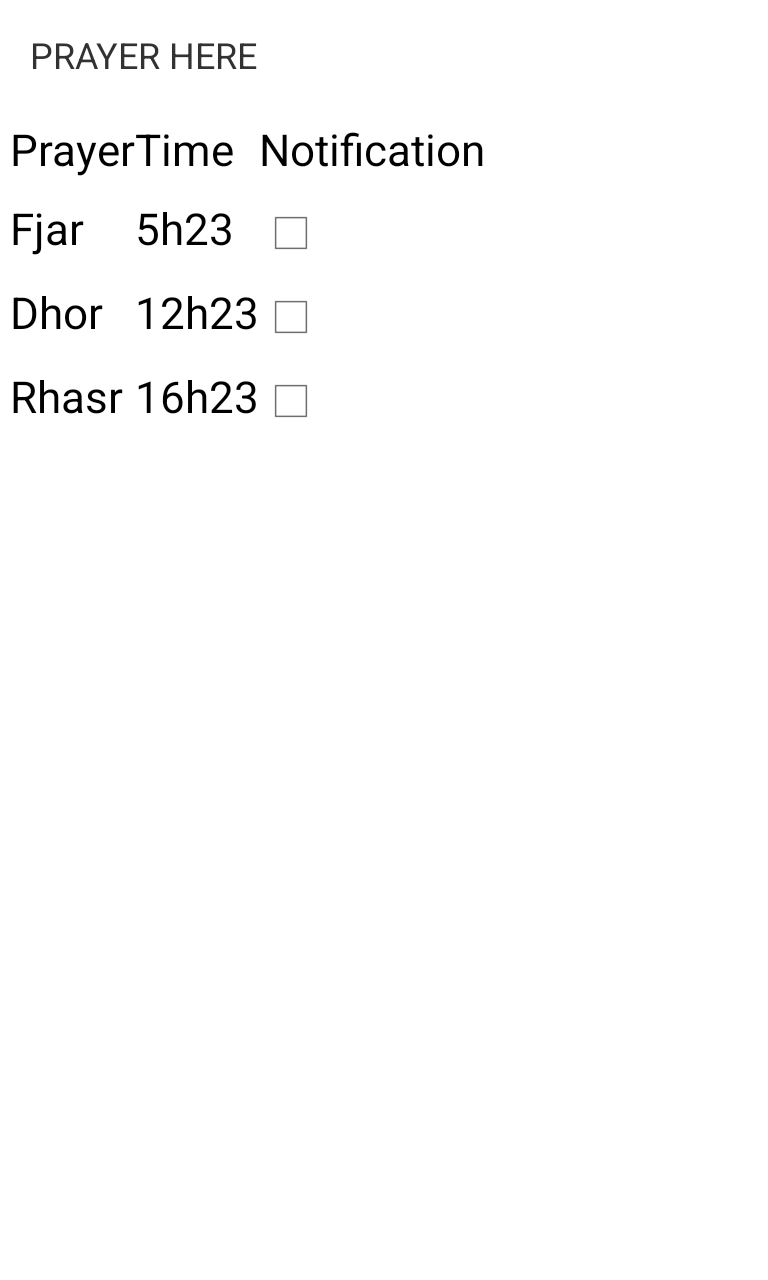
Repository: Osamah/Afstudeerwerk
Layout: NativeApp/SecondPillar/res/layout/activity_prayer.xml
The author's editor kept a copy of each file at every save. The layout is drawn from the files as they stood at one save, then again after the next save.
It is drawn on a 768 x 1280 px phone screen (xhdpi) without system bars, with theme AppTheme; the app's code is not run.

Above is the layout before, as saved 2012-12-27 22:55:27.

After the next save:
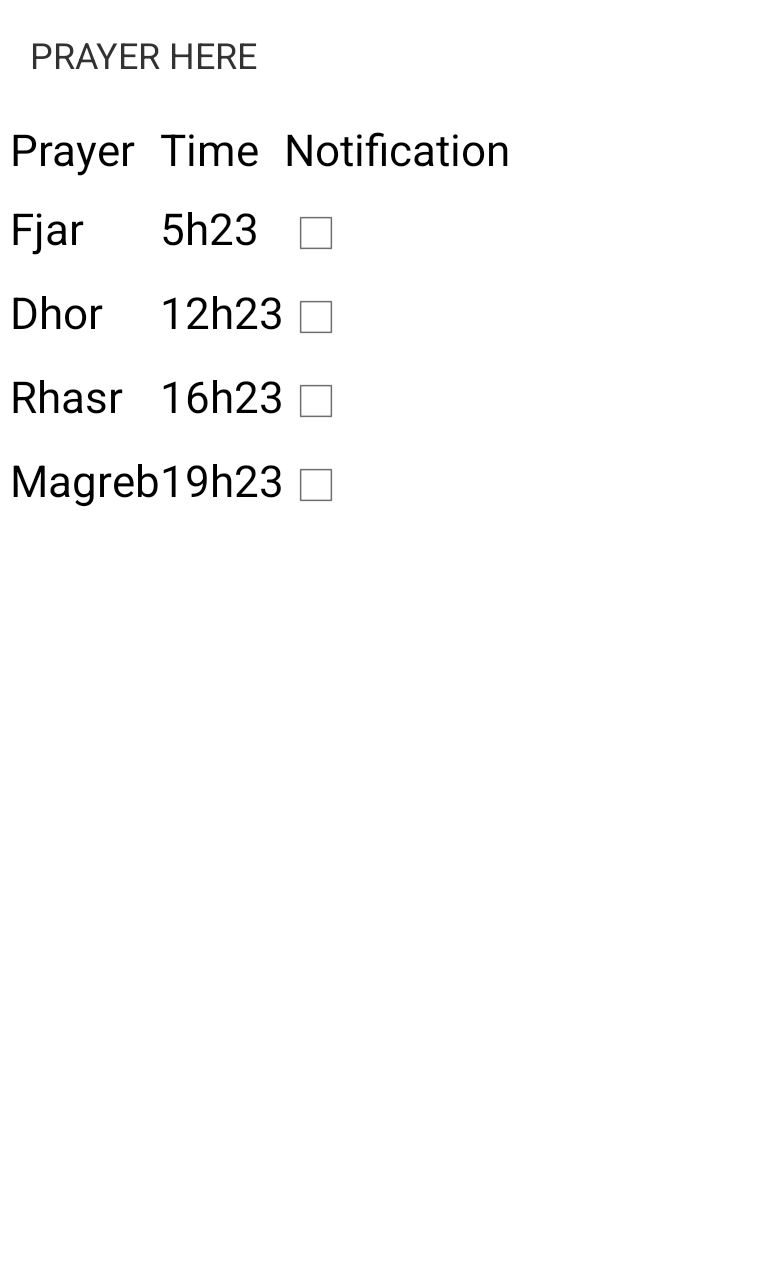
Saved 32 s later.
--- a/NativeApp/SecondPillar/res/layout/activity_prayer.xml
+++ b/NativeApp/SecondPillar/res/layout/activity_prayer.xml
@@ -109,6 +109,28 @@
         />
   	</TableRow>
 
+    <!-- PRAYER 4 -->
+    <TableRow
+        android:id="@+id/magrebRow"
+        android:layout_width="wrap_content"
+        android:layout_height="wrap_content"
+        android:padding="5dip" >
+
+        <TextView
+            android:id="@+id/prayer4"
+            android:text="Magreb"
+            android:textAppearance="?android:attr/textAppearanceLarge" />
+
+        <TextView
+            android:id="@+id/prayerTime4"
+            android:text="19h23"
+            android:textAppearance="?android:attr/textAppearanceLarge" />
+
+        <CheckBox
+            android:id="@+id/prayerNotification4"
+        />
+  	</TableRow>
+
     </TableLayout>
 
 
